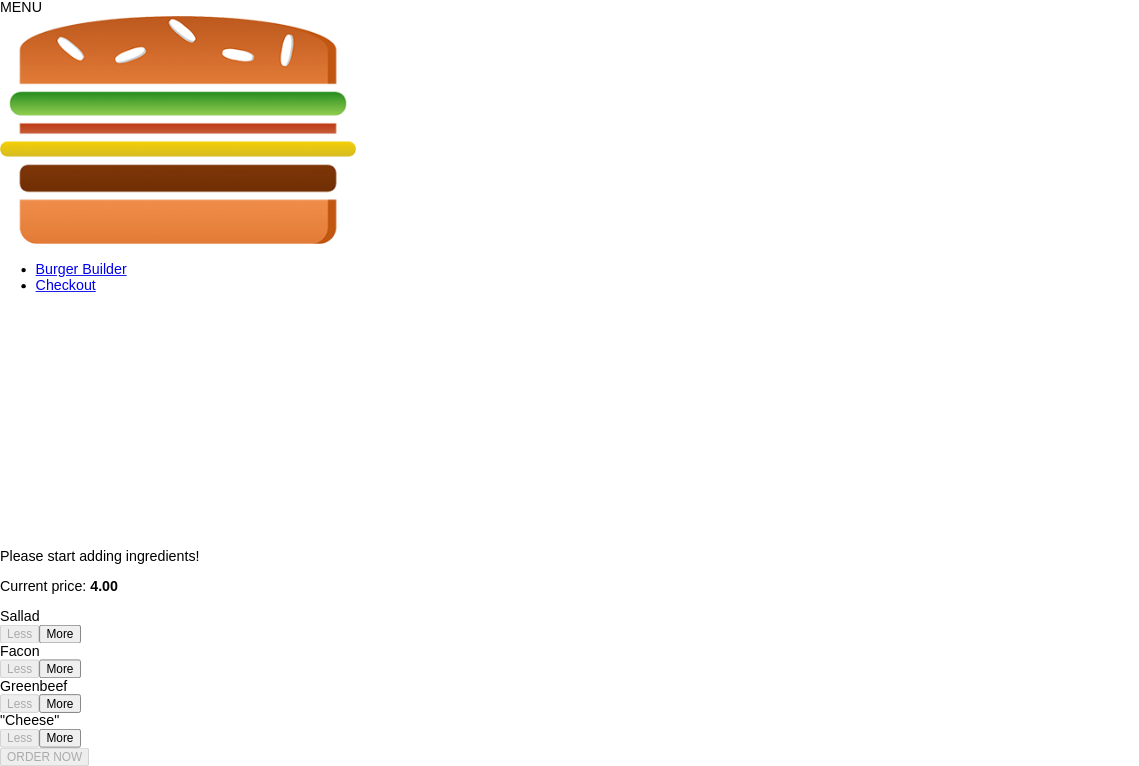
Repository: JuanitaPirizadeh/Burger-builder-react
Page: /
These files come from the project's save history. The page is drawn as it stood at one moment and after a run of saves; the edit follows.
The browser window is 1280 px wide. The pictures show the whole page, at 89% of full size.
The project was rebuilt for these pictures with package versions that can differ from the ones it lists, and the page was loaded fresh each time. Also part of the build but not shown: src/components/Layout/Layout.css, src/components/Navigation/Toolbar/Toolbar.css, src/components/Logo/Logo.css, src/components/Navigation/NavigationItems/NavigationItems.css, src/components/Navigation/NavigationItems/NavigationItem/NavigationItem.css, src/components/Navigation/SideDrawer/SideDrawer.css, src/components/Burger/Burger.css, src/components/Burger/BurgerIngredient/BurgerIngredient.css and 6 more.

Above is the page before, as saved 2020-01-06 14:52:34.

After the next 3 saves:
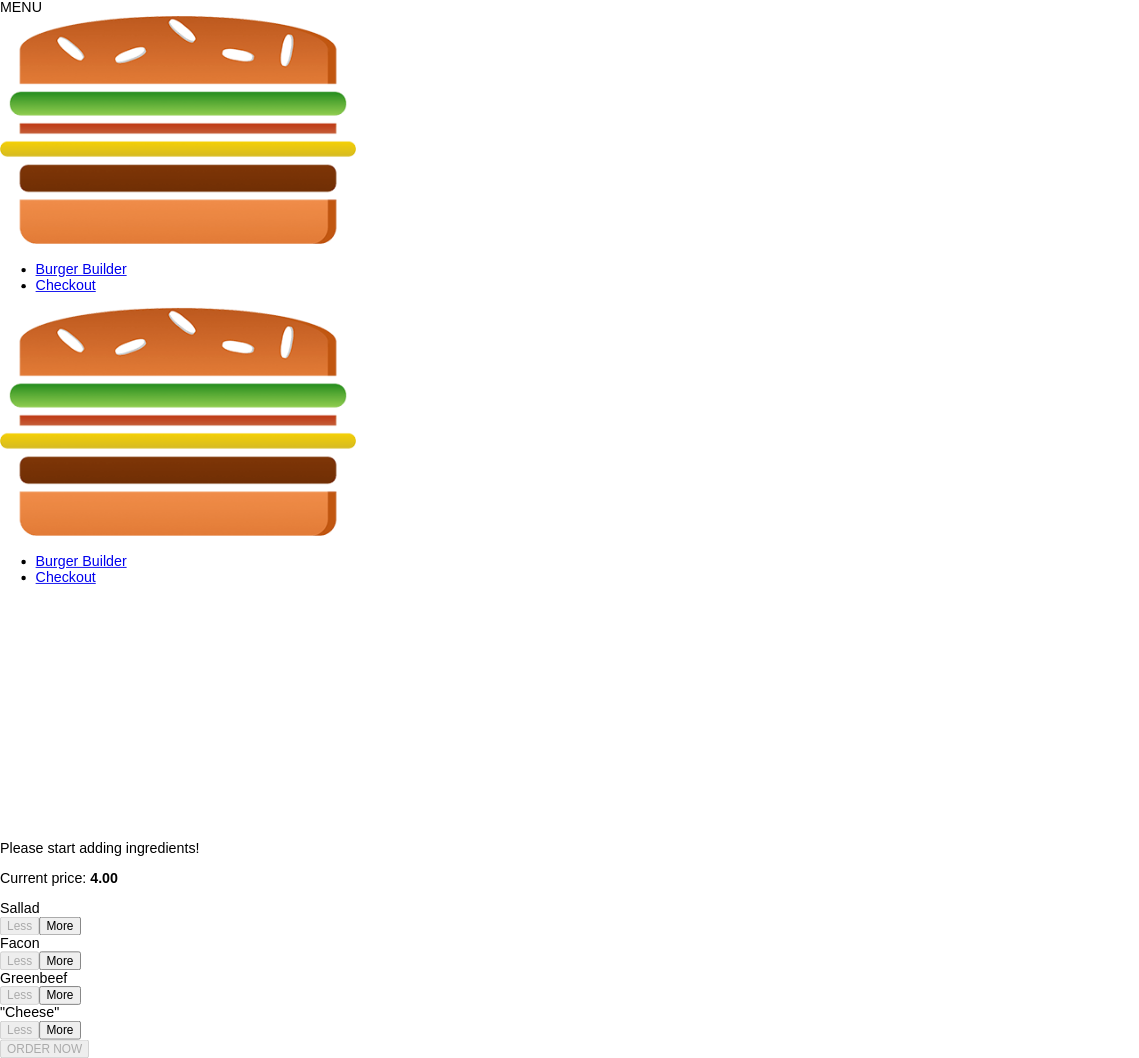
The 3 saves are shown as one change because 1 did not build or start and some came seconds apart.
The last was saved 12 s later.
--- a/src/components/Layout/Layout.js
+++ b/src/components/Layout/Layout.js
@@ -7,6 +7,7 @@ import SideDrawer from '../Navigation/SideDrawer/SideDrawer'
 const layout = (props) => (
     <Aux>
         <Toolbar />
+        <SideDrawer />
         <main className={classes.Content}>
             {props.children}
         </main>
